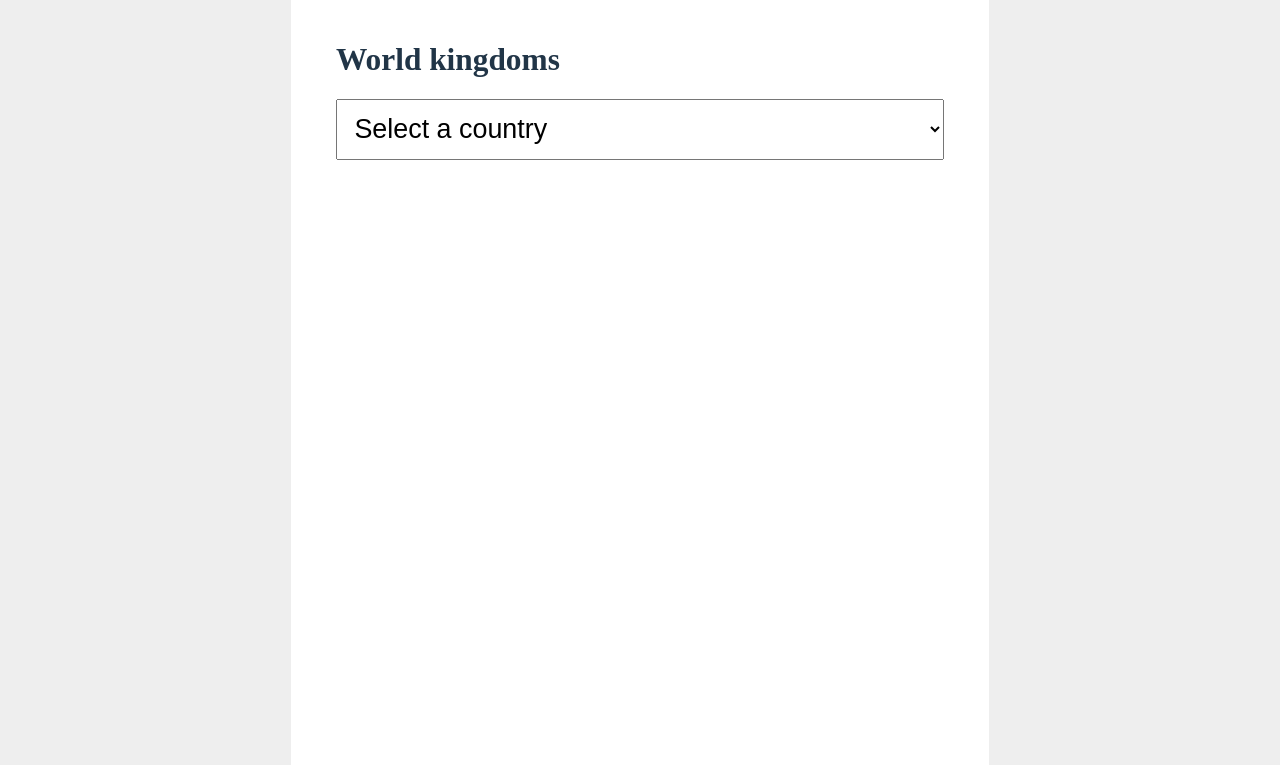
Repository: SamanthaYan298/my_world_kingdoms
Page: /
The author's editor kept a copy of each file at every save. The page is drawn from the files as they stood at one save, then again after the next save.
The browser window is 1280 px wide. The pictures show the whole page.
The page's requests for data from a server got no answer. The project was rebuilt for these pictures with package versions that can differ from the ones it lists, and the page was loaded fresh each time. No one was signed in, and anything a server would have sent is missing. Also part of the build but not shown: vite.config.js.

Above is the page before, as saved 2024-11-20 18:34:09.

After the next save:
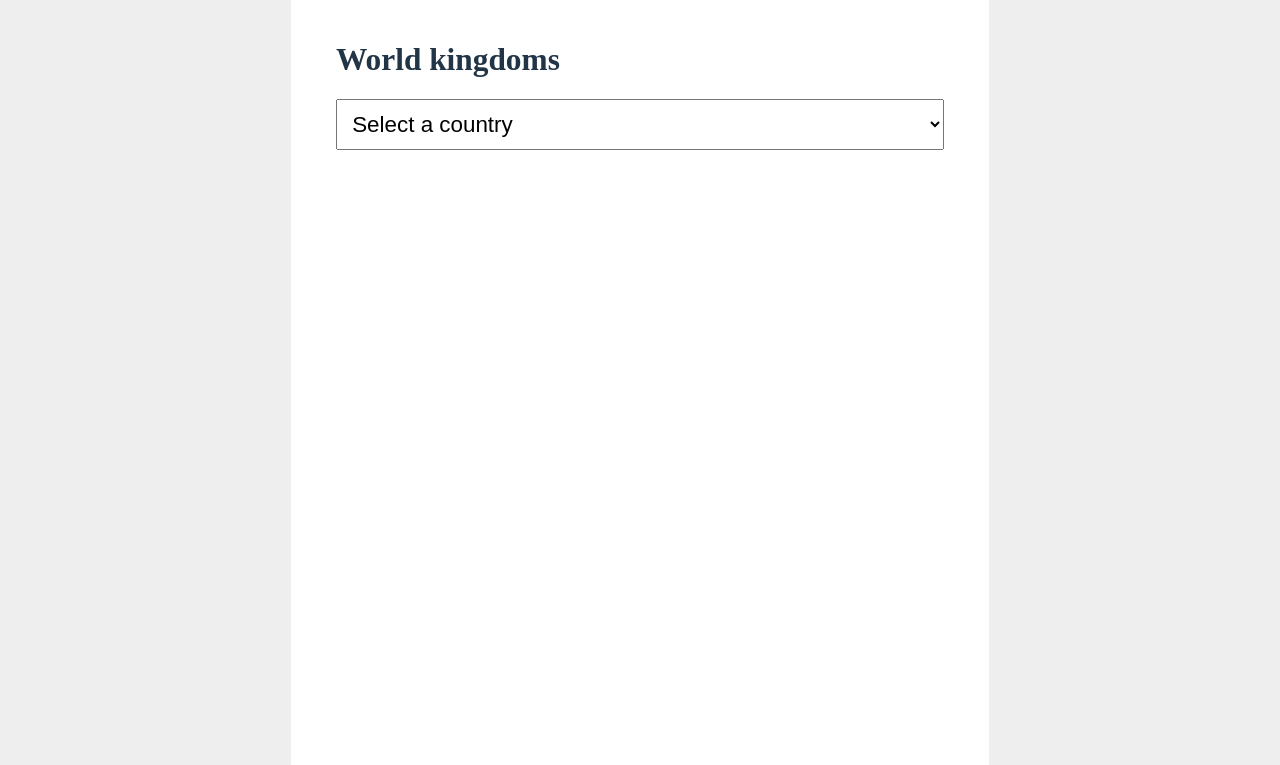
Saved 14 s later.
--- a/src/App.css
+++ b/src/App.css
@@ -41,7 +41,7 @@ p {
 }
 
 select {
-  font-size: 1.2em;
+  font-size: 1em;
   padding: .5em;
   display: inline-block;
   width: 100%;
